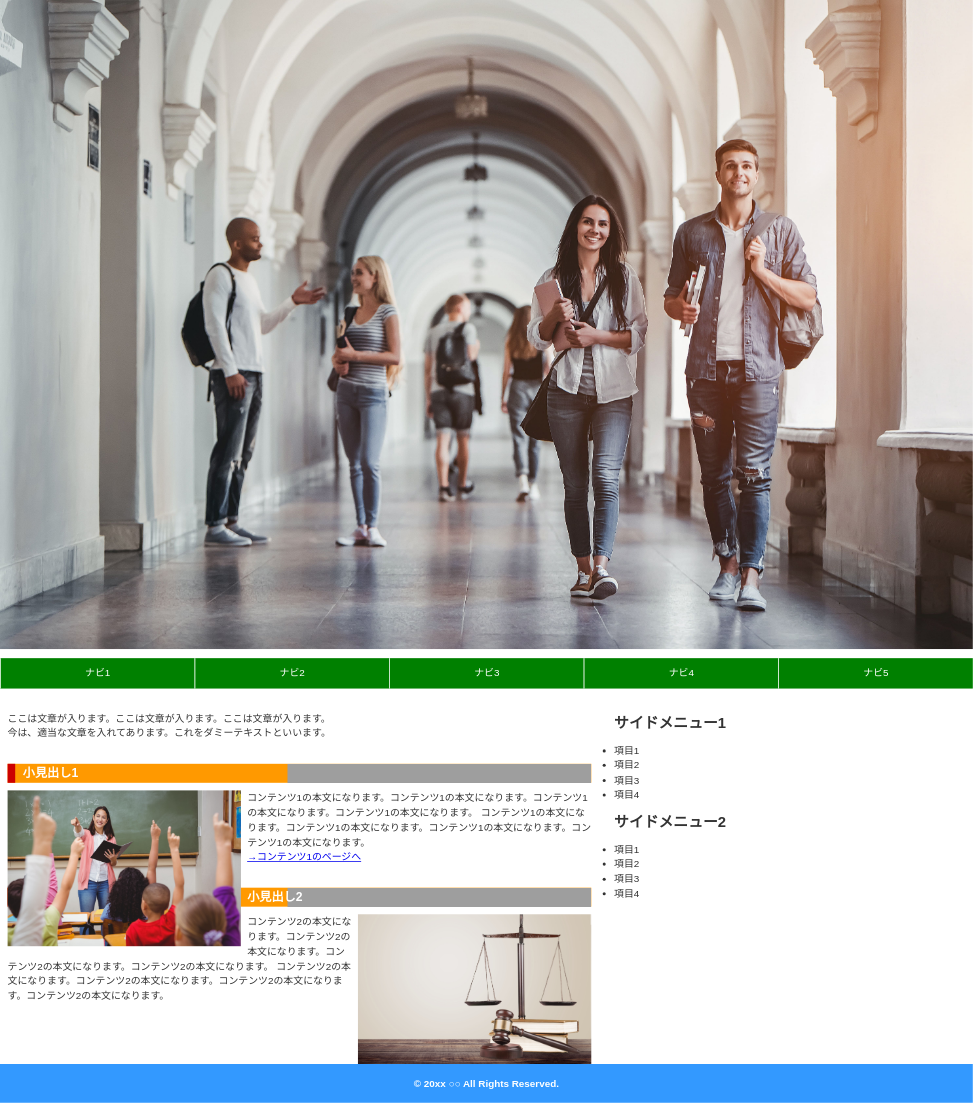
Repository: haruki1008/samurai_HTML-CSS
Page: home.html
The author's editor kept a record of every edit. The page is drawn from the files as they stood at one moment, then again after the next edit.
The browser window is 1280 px wide. The pictures show the whole page, at 76% of full size.
Pictures or frames that could not be fetched are drawn as grey boxes.

Above is the page before.

After the next edit:
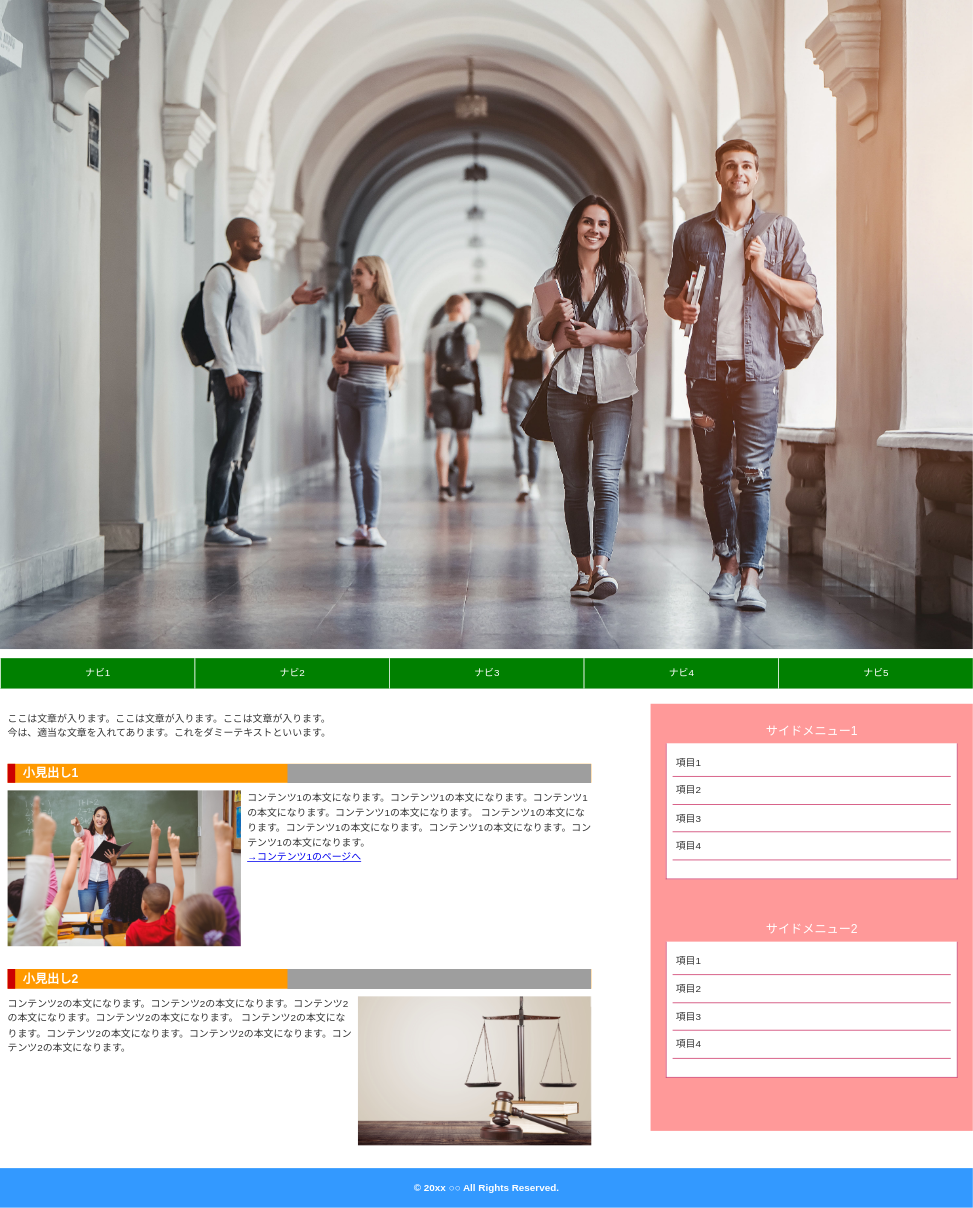
Not found: images/side_box.png
Not found: images/side_box_h2.png
The edit:
--- a/stylesheet.css
+++ b/stylesheet.css
@@ -119,8 +119,46 @@
  .clearfix {
 	 zoom: 1;
  }
-+ .clearfix:after{
-+	 content: "";
-+	 display: block;
-+	 clear: both;
-+ }
+ .clearfix:after{
+	 content: "";
+	 display: block;
+	 clear: both;
+ }
+ /* -------------------- side -------------------- */
+ #side {
+ 	 float: right;
+ 	 width: 30%;
+ 	 padding: 20px;
+ 	 background-color: #F99;
+ }
+ #side .box {
+ 	 margin: 0 auto 30px auto;
+ 	 padding: 0 0 20px 0;
+ 	 background: url(images/side_box.png) bottom no-repeat;
+ }
+ #side .box h2 {
+ 	 margin: 0;
+ 	 padding: 8px;
+ 	 text-align: center;
+ 	 color: #fff;
+ 	 font-size: 16px;
+ 	 line-height: 16px;
+ 	 font-weight: normal;
+ 	 background: url(images/side_box_h2.png) center no-repeat;
+ }
+ #side .box .boxBody {
+ 	 padding: 8px;
+ 	 border-right: solid 1px #C36;
+ 	 border-bottom: solid 1px #C36;
+ 	 border-left: solid 1px #C36;
+ 	 background: #fff;
+ }
+ #side .box .boxBody ul {
+ 	 margin: 0 0 16px 0;
+ 	 padding: 0;
+ }
+ #side .box .boxBody ul li {
+ 	 padding: 8px 0 8px 4px;
+ 	 list-style: none;
+ 	 border-bottom: solid 1px #C36;
+ }
